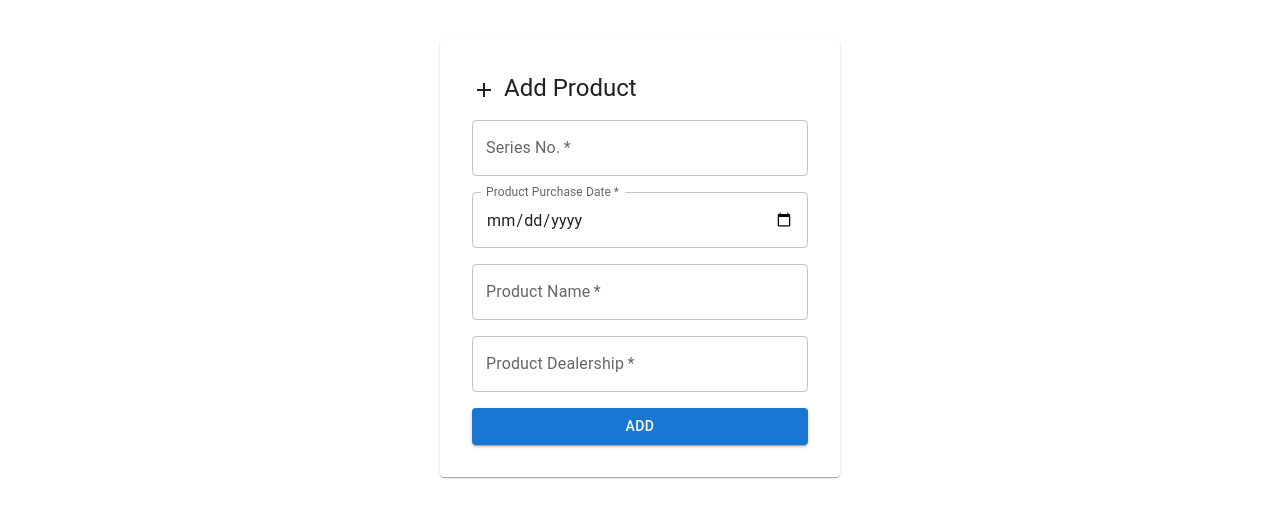
Repository: Sharathguru/Product_Task
Page: /insert (app in Frontend/)
These files come from the project's save history. The page is drawn as it stood at one moment and after the next save; the edit follows.
The browser window is 1280 px wide. The pictures show the whole page.
The project was rebuilt for these pictures with package versions that can differ from the ones it lists, and the page was loaded fresh each time. Also part of the build but not shown: Frontend/vite.config.js, Frontend/src/index.css, Frontend/src/Components/Navbar.jsx, Frontend/src/Pages/Fetch.jsx, Frontend/src/Components/Home.jsx, Frontend/src/Pages/Update.jsx, Frontend/src/Pages/Delete.jsx.

Above is the page before, as saved 2025-06-13 16:23:26.

After the next save:
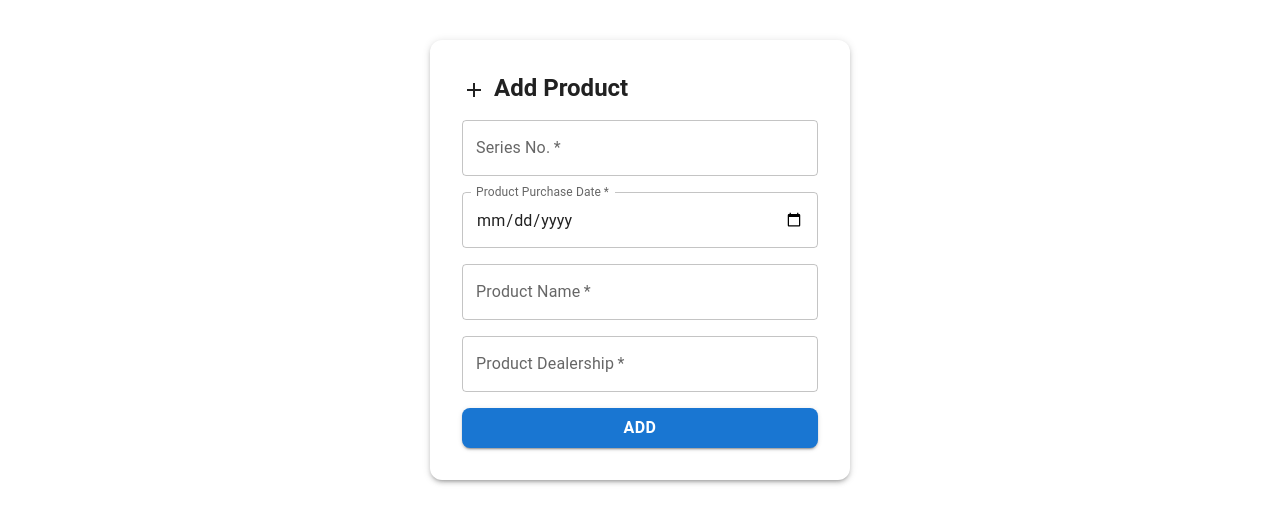
Saved 18 s later.
--- a/Frontend/src/Pages/Insert.jsx
+++ b/Frontend/src/Pages/Insert.jsx
@@ -12,7 +12,7 @@ import {
   Autocomplete,
 } from "@mui/material";
 import AddIcon from "@mui/icons-material/Add";
-import productNames from "./product"; // Import your product names
+import productNames from "./product";
 
 const dealershipOptions = [
   "Flipkart",
@@ -63,10 +63,9 @@ const Insert = () => {
   };
 
   return (
-    <>
-    <Box sx={{ maxWidth: 400, mx: "auto", mt: 5 }}>
-      <Paper sx={{ p: 4 }}>
-        <Typography variant="h5" mb={2}>
+    <Box sx={{ maxWidth: 420, mx: "auto", mt: 5 }}>
+      <Paper sx={{ p: { xs: 2, sm: 4 }, borderRadius: 3, boxShadow: 3 }}>
+        <Typography variant="h5" mb={2} sx={{ fontWeight: 700 }}>
           <AddIcon sx={{ mr: 1, verticalAlign: "middle" }} />
           Add Product
         </Typography>
@@ -79,6 +78,7 @@ const Insert = () => {
               onChange={handleChange}
               required
               fullWidth
+              variant="outlined"
             />
             <TextField
               label="Product Purchase Date"
@@ -89,6 +89,7 @@ const Insert = () => {
               required
               InputLabelProps={{ shrink: true }}
               fullWidth
+              variant="outlined"
             />
             <Autocomplete
               freeSolo
@@ -101,6 +102,7 @@ const Insert = () => {
                   label="Product Name"
                   required
                   fullWidth
+                  variant="outlined"
                 />
               )}
             />
@@ -115,17 +117,23 @@ const Insert = () => {
                   label="Product Dealership"
                   required
                   fullWidth
+                  variant="outlined"
                 />
               )}
             />
-            <Button type="submit" variant="contained" color="primary" fullWidth>
+            <Button
+              type="submit"
+              variant="contained"
+              color="primary"
+              fullWidth
+              sx={{ fontWeight: 600, fontSize: "1rem", borderRadius: 2 }}
+            >
               Add
             </Button>
           </Stack>
         </form>
       </Paper>
     </Box>
-    </>
   );
 };
 
